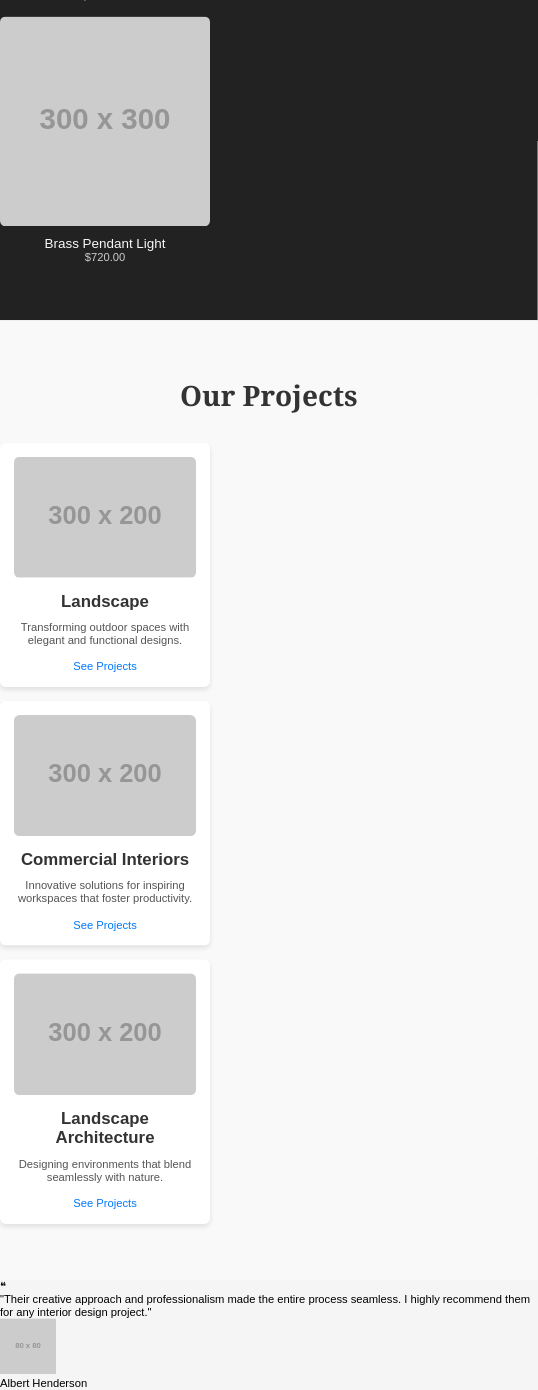
Repository: Patience225/home-decor-studio
Page: index.html
An editor plug-in stored every save of this project. The page is shown before and after the next save, followed by the edit.
The browser window is 768 px wide. The pictures show the part of the page from y = 3428 to 5668 px (the page is 5414 px tall before and 5668 px after), at 70% of full size.

Above is the page before, as saved 2025-01-29 04:36:53.

After the next save:
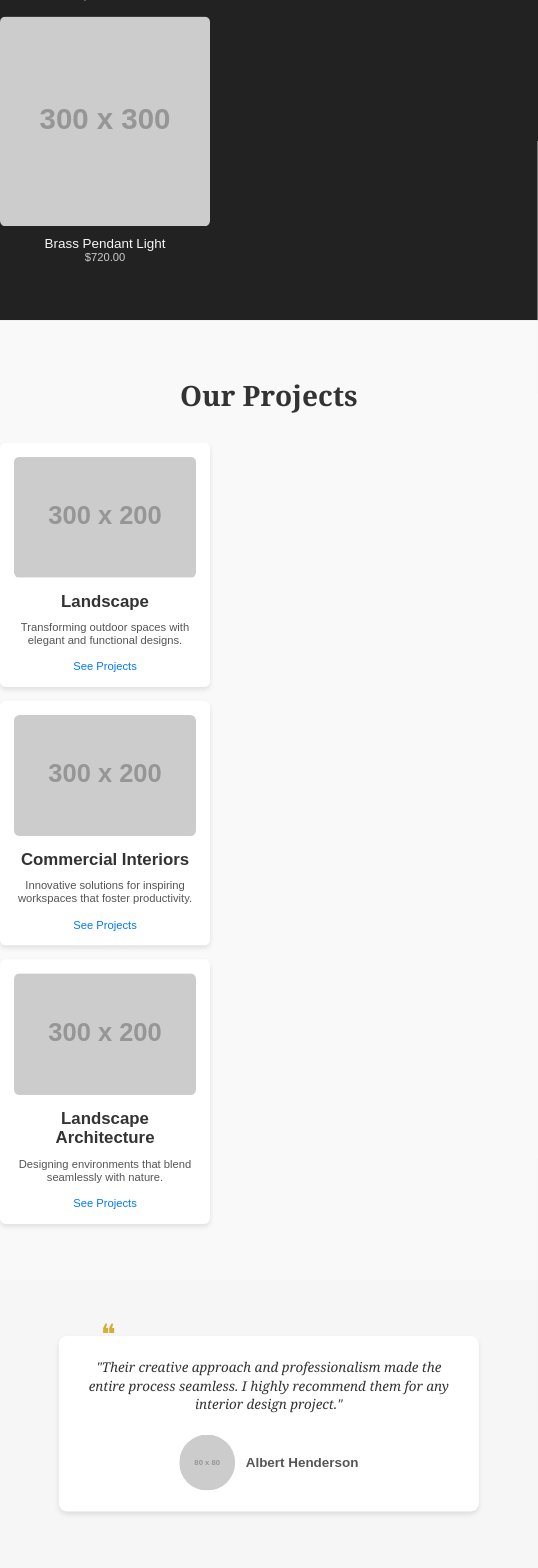
Saved 13 s later.
--- a/styles.css
+++ b/styles.css
@@ -321,3 +321,70 @@ header {
     gap: 20px;
   }
 }
+
+.customer-review {
+  background-color: #f6f6f6;
+  padding: 80px 0;
+  text-align: center;
+}
+
+.review-container {
+  background-color: #ffffff;
+  max-width: 600px;
+  margin: auto;
+  padding: 40px;
+  border-radius: 12px;
+  box-shadow: 0 4px 8px rgba(0, 0, 0, 0.1);
+  position: relative;
+}
+
+.quote-icon {
+  font-size: 3rem;
+  color: #d4af37;
+  position: absolute;
+  top: -25px;
+  left: 10%;
+}
+
+.review-text {
+  font-family: 'Georgia', serif;
+  font-size: 1.5rem;
+  font-style: italic;
+  color: #333;
+  margin-bottom: 30px;
+}
+
+.customer-info {
+  display: flex;
+  justify-content: center;
+  align-items: center;
+  gap: 15px;
+  margin-top: 20px;
+}
+
+.customer-img {
+  width: 80px;
+  height: 80px;
+  border-radius: 50%;
+  object-fit: cover;
+}
+
+.customer-name {
+  font-size: 1.2rem;
+  font-weight: bold;
+  color: #555;
+}
+
+@media (max-width: 768px) {
+  .review-container {
+    padding: 30px;
+  }
+
+  .review-text {
+    font-size: 1.2rem;
+  }
+
+  .quote-icon {
+    font-size: 2.5rem;
+  }
+}
